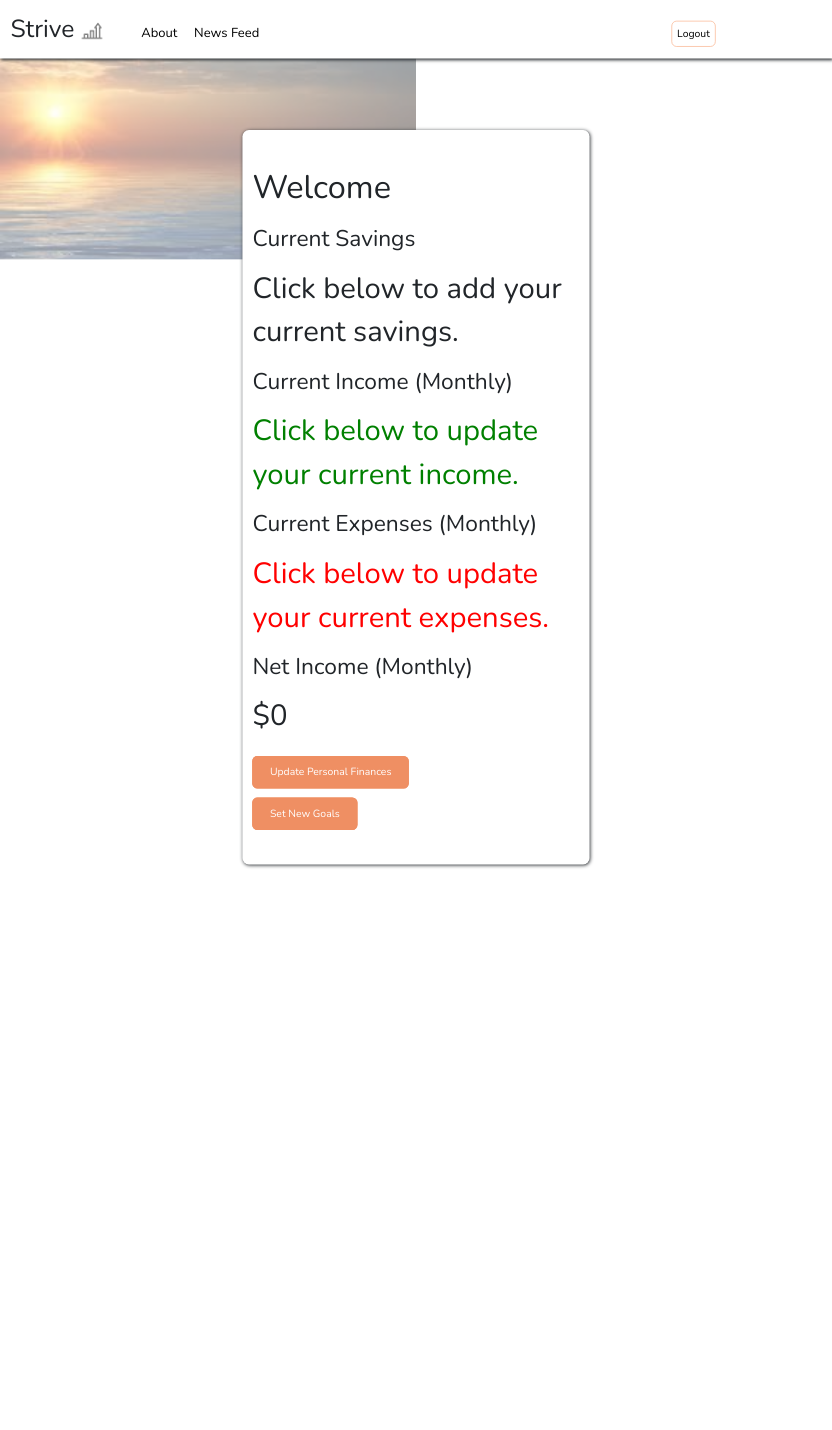
Repository: NoraOK/Strive
Page: http://localhost/strive/WEB-INF/strive/userHome.jsp
These files come from the project's save history. The page is drawn as it stood at one moment and after the next save; the edit follows.
The browser window is 1280 px wide. The pictures show the whole page, at 65% of full size.
The page is served by Tomcat 9. Nobody is signed in. Other server files are loaded and not shown. The template is opened directly, without the code that normally fills it, so the values that code supplies are empty.

Above is the page before, as saved 2019-12-20 16:41:20.

### strive/src/main/webapp/WEB-INF/strive/userHome.jsp
<%@ page language="java" contentType="text/html; charset=UTF-8"
    pageEncoding="UTF-8"%>
<%@ taglib prefix="c" uri="http://java.sun.com/jsp/jstl/core"%>

<!DOCTYPE html>
<html>
<head>
<meta charset="UTF-8">
<title>Strive | Home</title>
	<link rel="stylesheet"
	href="https://stackpath.bootstrapcdn.com/bootstrap/4.3.1/css/bootstrap.min.css"
	integrity="sha384-ggOyR0iXCbMQv3Xipma34MD+dH/1fQ784/j6cY/iJTQUOhcWr7x9JvoRxT2MZw1T"
	crossorigin="anonymous">
	<link href="/css/userHome.css" rel="stylesheet" type="text/css" />
	<link href="https://fonts.googleapis.com/css?family=Nunito:200,400,700&display=swap" rel="stylesheet">
</head>
<body>
	<div>
		<jsp:include page="header.jsp"/>
	</div>
	<div class="body">
		<img src="/images/sunset.jpg">
		<div class="container col-5 spotlight">
			<p class="welcome"> Welcome <c:out value="${user.firstName}"/></p>
			<c:choose>
				<c:when test="${user.currentBalance == null || user.currentIncome == null }">
					<p class="labels">Current Savings</p>
					<p class="fig">Click below to add your current savings.</p>
					<p class="labels">Current Income (Monthly)</p>
					<p class="fig inc">Click below to update your current income.</p>
					<p class="labels">Current Expenses (Monthly)</p>
					<p class="fig exp">Click below to update your current expenses.</p>
					<p class="labels">Net Income (Monthly)</p>
					<p class="fig netinc pos">$0</p>
				</c:when>
				<c:otherwise>
					<p class="labels">Current Savings</p>
					<p class="fig">$ <c:out value="${user.currentBalance}"/> </p>
					<p class="labels">Current Income (Monthly)</p>
					<p class="fig inc">$ <c:out value="${user.currentIncome}"/> </p>
					<p class="labels">Current Expenses (Monthly)</p>
					<p class="fig exp">$ <c:out value="${user.totalUserExpense}"/></p>
					<p class="labels">Net Income (Monthly)</p>
					<c:choose>
						<c:when test="${user.incomeLessExpense > 0}">
							<p class="fig netinc pos">$<c:out value="${user.incomeLessExpense}"/></p>
						</c:when>
						<c:otherwise>
							<p class="fig netinc neg">$<c:out value="${user.incomeLessExpense}"/></p>
						</c:otherwise>
					</c:choose>
				</c:otherwise>
			</c:choose>
			<p class="one"><a href="/updateFinances" class="button1">Update Personal Finances</a></p>
			<p class="two"><a href="/newGoal" class="button1">Set New Goals</a></p>
		</div>

	</div>
</body>
</html>

### strive/src/main/resources/static/css/userHome.css
.body {
	padding-top: 200px;
    position: relative;
    overflow: hidden;
    height: 2200px;
    font-family:'Nunito', sans-serif;

}

.body img {
	background-color: rgba(232,114,17,1.0);
    position: absolute;
    left: 0;
    top: 0;
    width: 50%;
    height: auto;
    opacity: 0.4;
}

.spotlight{
	background-color: white;
	border-radius: 10px;
	box-shadow: 1px 1px 6px;
	padding: 50px;
	padding-left: 50px;
}


.button1{
	border:2px solid #EF8F63 ;
	border-radius: 8px;
	background-color: #EF8F63;
 	padding: 12px 25px;
 	color: white;
 	width: 100%
}

.button1:hover{
	border:2px solid #F9AD86 ;
	border-radius: 8px;
	background-color: #F9AD86;
 	padding: 12px 25px;
 	color: white;
 	width: 100%

}
.one{
	margin-top: 40px;
}
.two{
	margin-top: 40px;
}

.welcome{
	font-weight: 200;
	font-size: 50px;
}

.labels{
	font-weight: 200;
	font-size: 35px;
}

.inc{
	color: green;
}
.exp{
	color: red;
}

.fig{
	font-size: 45px;
}

### strive/src/main/resources/static/css/header.css
header{
	box-shadow: 2px 2px 5px;
	height: 90px;
	z-index: 10;
    position: fixed;
    width: 100%;
    font-family:'Nunito', sans-serif;
    background-color: white;
}

.logo{
	font-size: 38px;

}
.header_img{
	background-color: white;
	width: 35px;
	opacity: .5;
}

.button{
	font-size: 17px;
	color: black;
}

.link {
	font-size: 20px;
	color: black;
}

a:link {
  text-decoration: none;
}

a:visited {
  text-decoration: none;
}

a:hover {
  text-decoration: none;
}

.logout_button{
	border: solid 1.5px #F9AD86;
	border-radius: 8px;
	padding:  8px;
	color: black;
}

.logout_button:hover {
	background-color: #F9AD86;
	color: white;
}

.buttons{
	margin-left: 50%;
}

.home_button{
	color: black;
}

Loaded but not shown: strive/src/main/webapp/WEB-INF/strive/header.jsp (common file)

After the next save:
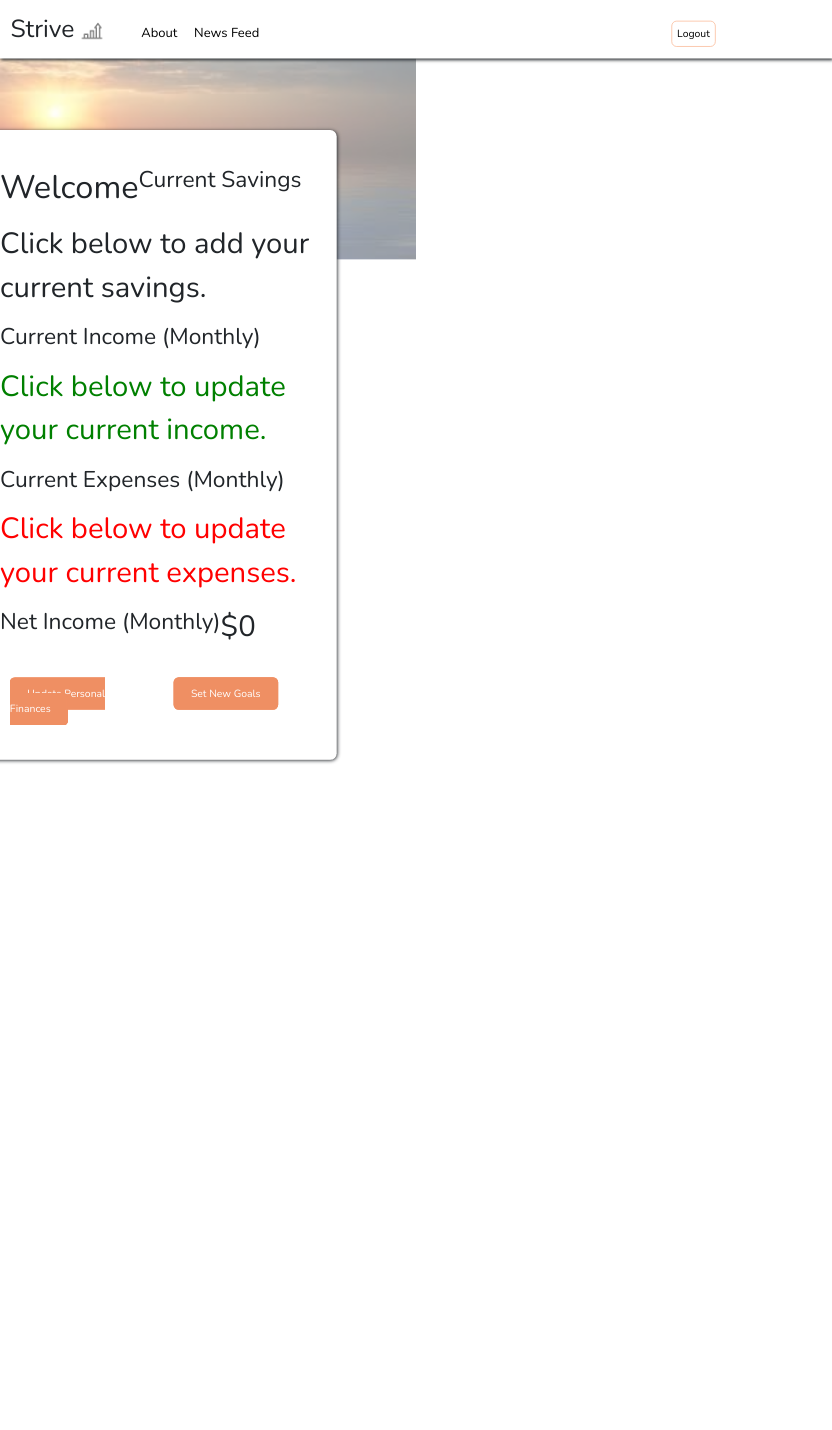
Saved 25 s later.
--- a/strive/src/main/webapp/WEB-INF/strive/userHome.jsp
+++ b/strive/src/main/webapp/WEB-INF/strive/userHome.jsp
@@ -20,7 +20,7 @@
 	</div>
 	<div class="body">
 		<img src="/images/sunset.jpg">
-		<div class="container col-5 spotlight">
+		<div class="container col-5 spotlight row">
 			<p class="welcome"> Welcome <c:out value="${user.firstName}"/></p>
 			<c:choose>
 				<c:when test="${user.currentBalance == null || user.currentIncome == null }">
@@ -51,8 +51,8 @@
 					</c:choose>
 				</c:otherwise>
 			</c:choose>
-			<p class="one"><a href="/updateFinances" class="button1">Update Personal Finances</a></p>
-			<p class="two"><a href="/newGoal" class="button1">Set New Goals</a></p>
+			<p class="one col"><a href="/updateFinances" class="button1">Update Personal Finances</a></p>
+			<p class="two col"><a href="/newGoal" class="button1">Set New Goals</a></p>
 		</div>
 
 	</div>
